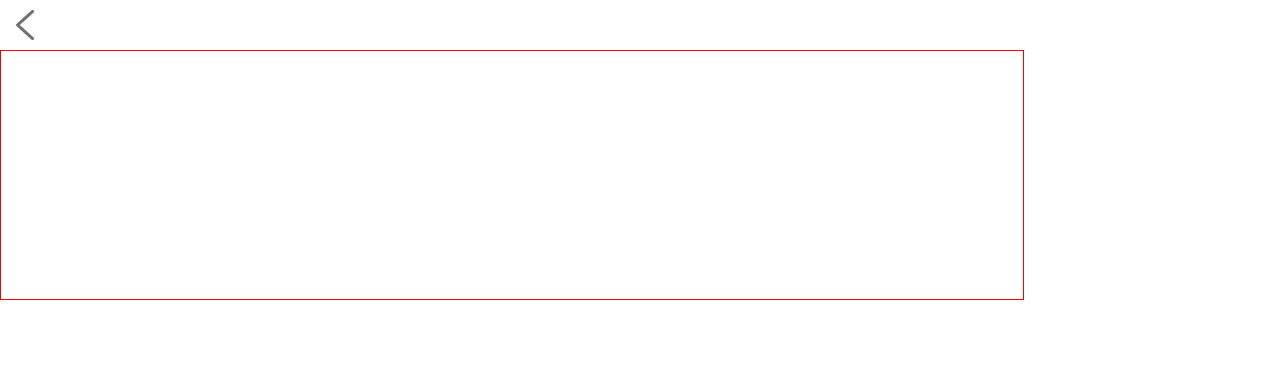
Repository: panlin520-team/lnmj-staffH5
Page: /#/forgetpassword
The author's editor kept a copy of each file at every save. The page is drawn from the files as they stood at one save, then again after a run of saves.
The browser window is 1280 px wide. The pictures show the whole page.
The project was rebuilt for these pictures with package versions that can differ from the ones it lists, and the page was loaded fresh each time. Also part of the build but not shown: src/views/Lojin.vue.

Above is the page before, as saved 2020-04-08 11:41:02.

After the next 4 saves:
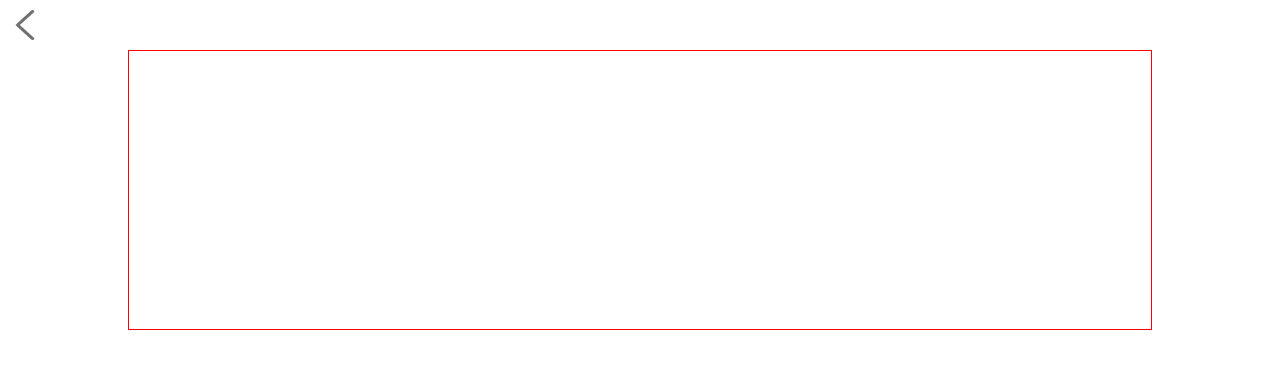
The 4 saves are shown as one change because they came seconds apart.
The last was saved 17 s later.
--- a/src/views/Forgetpassword.vue
+++ b/src/views/Forgetpassword.vue
@@ -44,7 +44,8 @@ export default {
   }
   .changepassword{
     width: 80%;
-    height: 250px;
+    height: 280px;
+    margin: 0 auto;
     border: 1px solid red;
   }
 }
